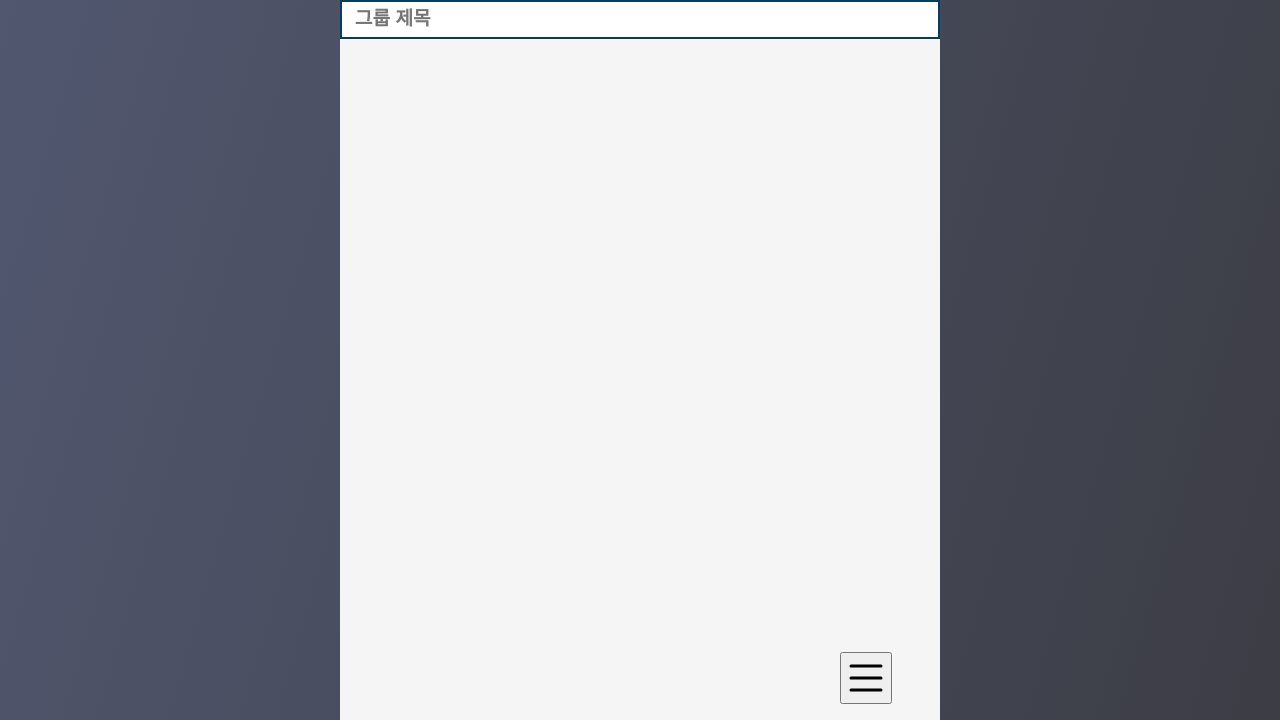
Repository: SeungYn/hanium
Page: /searchGroup
The author's editor kept a copy of each file at every save. The page is drawn from the files as they stood at one save, then again after the next save.
The browser window is 1280 px wide. The pictures show the whole page.
The page's requests for data from a server got no answer. The project was rebuilt for these pictures with package versions that can differ from the ones it lists, and the page was loaded fresh each time. No one was signed in, and anything a server would have sent is missing. Also part of the build but not shown: src/App.css, src/components/Trade/TradeMaker/TradeMaker.module.css, src/components/Trade/TradeMaker/TradeMaker.jsx, src/components/Chat/ChatHeader/ChatHeader.module.css, src/components/Chat/ChatHeader/ChatHeader.jsx, src/components/Chat/ChatPeoples/ChatPeoples.jsx, src/components/Chat/ChatSideBar/ChatSideBar.module.css, src/components/Chat/ChatSideBar/ChatSideBar.jsx and 35 more.

Above is the page before, as saved 2022-11-21 12:45:50.

After the next save:
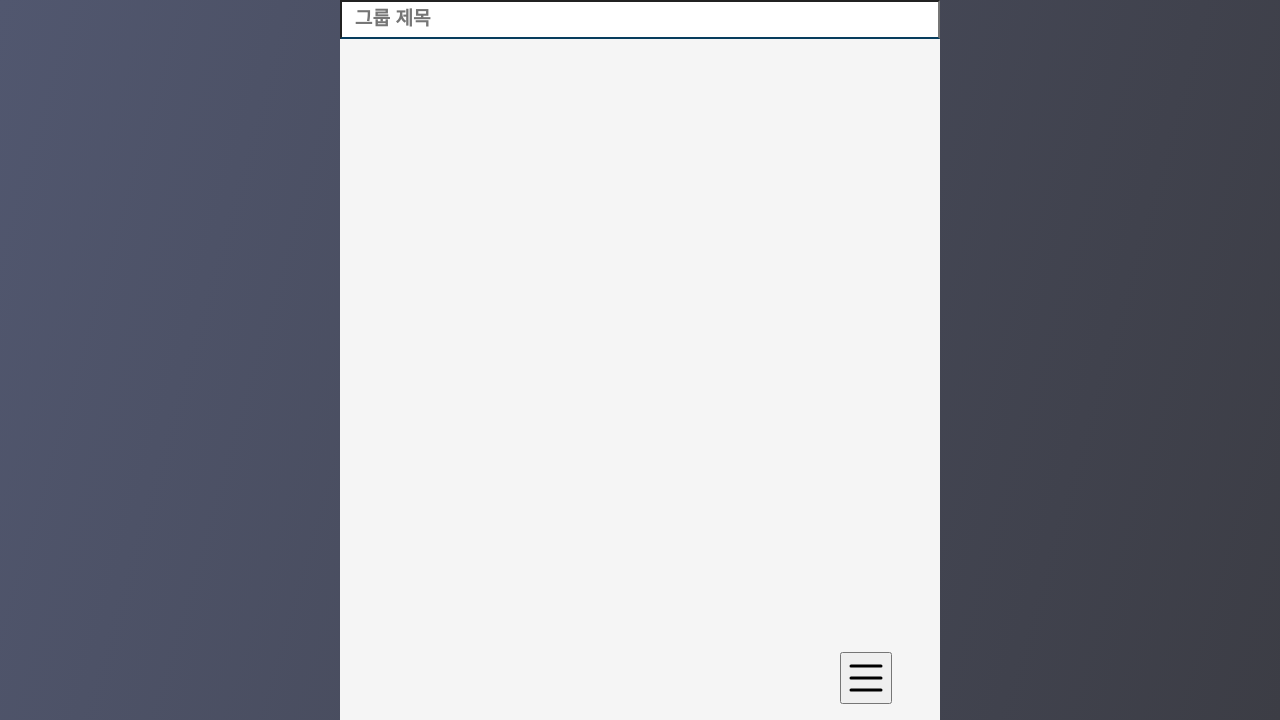
Saved 35 s later.
--- a/src/pages/GroupSearchPage/GroupSearchPage.module.css
+++ b/src/pages/GroupSearchPage/GroupSearchPage.module.css
@@ -13,6 +13,6 @@
   width: 100%;
   font-size: 1.2rem;
   font-weight: bold;
-  border: var(--color-darkBlue) 2px solid;
+  border-bottom: var(--color-darkBlue) 2px solid;
   padding: 0.4rem 0.8rem;
 }
